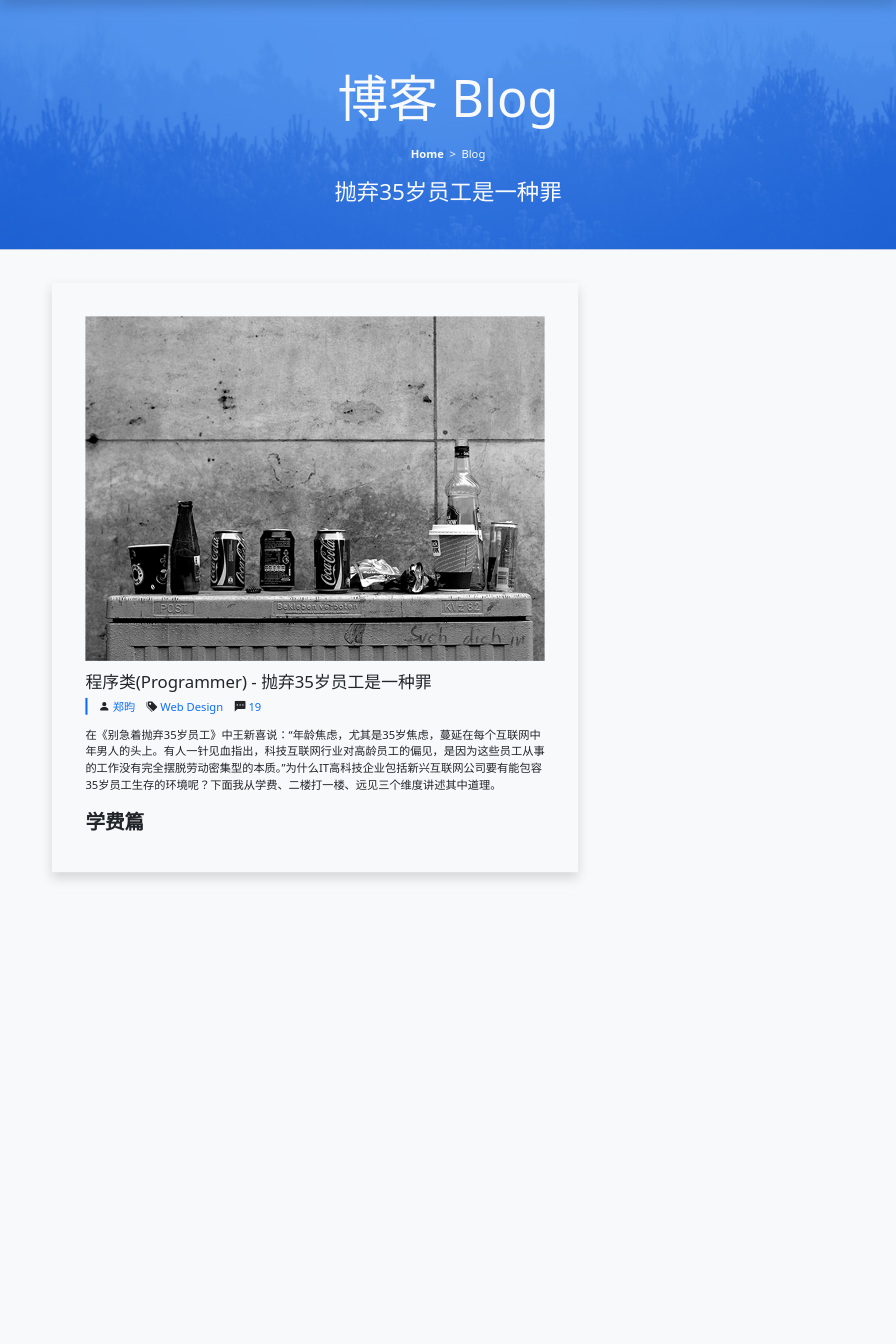
Repository: herjuandlonely/github.io
Page: index-blog.html
An editor plug-in stored every save of this project. The page is shown before and after the next save, followed by the edit.
The browser window is 1280 px wide. The pictures show the part of the page from y = 0 to 1920 px (the page is 3000 px tall), at 70% of full size.
Backgrounds fixed to the window are drawn as part of the page.

Above is the page before, as saved 2022-06-30 19:50:50.

### index-blog.html
<!DOCTYPE html>
<html lang="en">
<head>
    <meta charset="UTF-8">
    <meta http-equiv="X-UA-Compatible" content="IE=edge">
    <meta name="viewport" content="width=device-width, initial-scale=1.0">
    <link rel="stylesheet" href="./bootstrap-4.6.1-dist/css/bootstrap.min.css">
    <link rel="stylesheet" href="./CSS/index-blog.css">
    <link rel="stylesheet" href="./CSS/normalize.css">
    <link rel="stylesheet" href="./icon/font_3484823_t6q6q64gri/iconfont.css">
    <script src="./bootstrap-4.6.1-dist/js/bootstrap.bundle.min.js"></script>
    <title>何亚Herju- Blog -抛弃35岁员工是一种罪</title>
</head>
<body style="height: 3000px;" class=" bg-light">
    <!-- nav start -->
    <div class="container-fluid px-0 shadow navbarControl">
        <nav class="navbar navbar-expand-md navbar-dark navbarBg">
            <div class="container-fluid px-4">
                <a href="index.html" class="navbar-brand ms-4">Herju's Home</a>
                <button class="navbar-toggler" data-bs-toggle="collapse" data-bs-target="#foldBtn">
                    <span class="navbar-toggler-icon"></span>
                </button>
                <div class="collapse navbar-collapse" id="foldBtn">
                    <ul class="navbar-nav ms-auto me-4 navbarCli">
                        <li class="nav-item text-center">
                            <a class="nav-link fw-lighter" href="index.html#bk">博客 Blog</a>
                        </li>
                        <li class="nav-item text-center">
                            <a class="nav-link fw-lighter" href="index.html#jn">技能 Skill</a>
                        </li>
                        <li class="nav-item text-center">
                            <a class="nav-link fw-lighter" href="index.html#ab">关于 About</a>
                        </li>
                        <li class="nav-item text-center">
                            <a class="nav-link fw-lighter" href="index.html#lx">联系我 Call</a>
                        </li>
                    </ul>
                </div>
            </div>
        </nav>
    </div>
    <!-- nav end -->

    <!-- baneer start -->
    <div class="banner position-relative">
        <div class=" position-absolute w-100 h-100 bg-primary" style="opacity: .7;"></div>
        <div class=" position-absolute w-100 h-100 py-5" style="z-index: 3;">
            <h1 class=" text-light text-center display-2 mb-0">博客 Blog</h1>
            <nav class=" text-light mbShit mt-5 mt-md-4" >
                <ol class="breadcrumb d-flex justify-content-center">
                    <li class="breadcrumb-item">
                        <a href="index.html" class="text-light text-decoration-none fw-bold">Home</a>
                    </li>
                    <li class="breadcrumb-item">Blog</li>
                </ol>
            </nav>
            <h1 class="text-center text-light mt-5 mt-md-4">抛弃35岁员工是一种罪</h1>
        </div>
    </div>
    <!-- baneer start -->

    <!-- content start -->
    <div class="container">
        <div class="row py-5">
            <div class="col-lg-8 col-12 px-1">
                <div class="shadow bg-light p-5">
                    <img src="./image/piqsels.com-id-fggmp.png" class="img-fluid">
                    <h4 class=" mt-3">
                        程序类(Programmer) - 抛弃35岁员工是一种罪
                    </h4>
                    <ul class='border-start border-3 border-primary list-unstyled d-flex'>
                        <li class=" ms-3">
                            <a href="#" class=" text-decoration-none d-flex align-items-center">
                                <svg xmlns="http://www.w3.org/2000/svg" width="16" height="16" fill="currentColor" class="bi bi-person-fill text-dark me-1" viewBox="0 0 16 16">
                                    <path d="M3 14s-1 0-1-1 1-4 6-4 6 3 6 4-1 1-1 1H3zm5-6a3 3 0 1 0 0-6 3 3 0 0 0 0 6z"/>
                                  </svg>
                                郑昀
                            </a>
                        </li>
                        <li class=" ms-3">
                            <a href="#" class=" text-decoration-none d-flex align-items-center">
                                <svg xmlns="http://www.w3.org/2000/svg" width="16" height="16" fill="currentColor" class="bi bi-tags-fill text-dark me-1" viewBox="0 0 16 16">
                                    <path d="M2 2a1 1 0 0 1 1-1h4.586a1 1 0 0 1 .707.293l7 7a1 1 0 0 1 0 1.414l-4.586 4.586a1 1 0 0 1-1.414 0l-7-7A1 1 0 0 1 2 6.586V2zm3.5 4a1.5 1.5 0 1 0 0-3 1.5 1.5 0 0 0 0 3z"/>
                                    <path d="M1.293 7.793A1 1 0 0 1 1 7.086V2a1 1 0 0 0-1 1v4.586a1 1 0 0 0 .293.707l7 7a1 1 0 0 0 1.414 0l.043-.043-7.457-7.457z"/>
                                  </svg>
                                Web Design
                            </a>
                        </li>
                        <li class=" ms-3">
                            <a href="#" class=" text-decoration-none d-flex align-items-center">
                                <svg xmlns="http://www.w3.org/2000/svg" width="16" height="16" fill="currentColor" class="bi bi-chat-left-dots-fill text-dark me-1" viewBox="0 0 16 16">
                                    <path d="M0 2a2 2 0 0 1 2-2h12a2 2 0 0 1 2 2v8a2 2 0 0 1-2 2H4.414a1 1 0 0 0-.707.293L.854 15.146A.5.5 0 0 1 0 14.793V2zm5 4a1 1 0 1 0-2 0 1 1 0 0 0 2 0zm4 0a1 1 0 1 0-2 0 1 1 0 0 0 2 0zm3 1a1 1 0 1 0 0-2 1 1 0 0 0 0 2z"/>
                                  </svg>
                                19
                            </a>
                        </li>
                    </ul>
                    <p class="mb-2">在《别急着抛弃35岁员工》中王新喜说：“年龄焦虑，尤其是35岁焦虑，蔓延在每个互联网中年男人的头上。有人一针见血指出，科技互联网行业对高龄员工的偏见，是因为这些员工从事的工作没有完全摆脱劳动密集型的本质。”为什么IT高科技企业包括新兴互联网公司要有能包容35岁员工生存的环境呢？下面我从学费、二楼打一楼、远见三个维度讲述其中道理。</p>
                    <h3 class=" fw-bold mt-4">学费篇</h3>
                </div>
            </div>
            <div class="col-lg-4"></div>
        </div>
    </div>
    <!-- content end -->

    <script src="./JS/index-blog.js"></script>
</body>
</html>

### CSS/index-blog.css
.navbarControl{
    transition: .3s;
    position: fixed;
    top: 0;
    left: 0;
    z-index: 999;
}
.navbarControl.showAndHide{
    top: -56px;
}
.navbarControl a{
    cursor: pointer;
}
.navbarBg{
    background-color: #161d27;
}
.banner{
    background: url(../image/overlay-bg.jpg) no-repeat center -180px;
    height: 356px;
    background-attachment: fixed;
    background-size: cover;
}
.mbShit{
    --bs-breadcrumb-divider: '>';
}
.mbShit ol .breadcrumb-item::before{
    color: #f8f9fa !important;
}

### icon/font_3484823_t6q6q64gri/iconfont.css
@font-face {
  font-family: "iconfont"; /* Project id 3484823 */
  src: url('iconfont.woff2?t=1656149880118') format('woff2'),
       url('iconfont.woff?t=1656149880118') format('woff'),
       url('iconfont.ttf?t=1656149880118') format('truetype');
}

.iconfont {
  font-family: "iconfont" !important;
  font-size: 16px;
  font-style: normal;
  -webkit-font-smoothing: antialiased;
  -moz-osx-font-smoothing: grayscale;
}

.icon-QQ:before {
  content: "\e882";
}

.icon-weixin:before {
  content: "\e8bb";
}

### JS/index-blog.js
(function(){
    const myBlog = {
        $: (ele) => {
            return document.querySelectorAll(ele);
        },
        "isHide": function () {
            let oldScrollTop = 0;
            let isHide = this.$('.navbarControl')[0];
            const navbarCli = this.$('.navbarCli')[0].children;

            function scrollHide () {
                let scrollTop = window.pageYOffset || this.document.documentElement.scrollTop || this.document.body.scrollTop;
                let scrollSet = scrollTop - oldScrollTop;
                oldScrollTop = scrollTop;
                if (scrollSet < 0) {
                    isHide.classList.remove('showAndHide');
                } else {
                    isHide.classList.add('showAndHide');
                    foldBtn.classList.remove('show');
                }
            }

            window.addEventListener("scroll", scrollHide);

            for (let i = 0; i < navbarCli.length; i++) {
                navbarCli[i].onclick = function () {
                    window.removeEventListener("scroll", scrollHide);
                    isHide.classList.add('showAndHide');
                    foldBtn.classList.remove('show');
                    setTimeout(() => {
                        window.addEventListener("scroll", scrollHide);
                    }, 800)
                };
                navbarCli[i].ontouchend = function () {
                    window.removeEventListener("scroll", scrollHide);
                    isHide.classList.add('showAndHide');
                    foldBtn.classList.remove('show');
                    setTimeout(() => {
                        window.addEventListener("scroll", scrollHide);
                    }, 800)
                };
            };

        }
    }

    myBlog.isHide();
})()

Loaded but not shown: bootstrap-4.6.1-dist/css/bootstrap.min.css (library); CSS/normalize.css (library); bootstrap-4.6.1-dist/js/bootstrap.bundle.min.js (library)

After the next save:
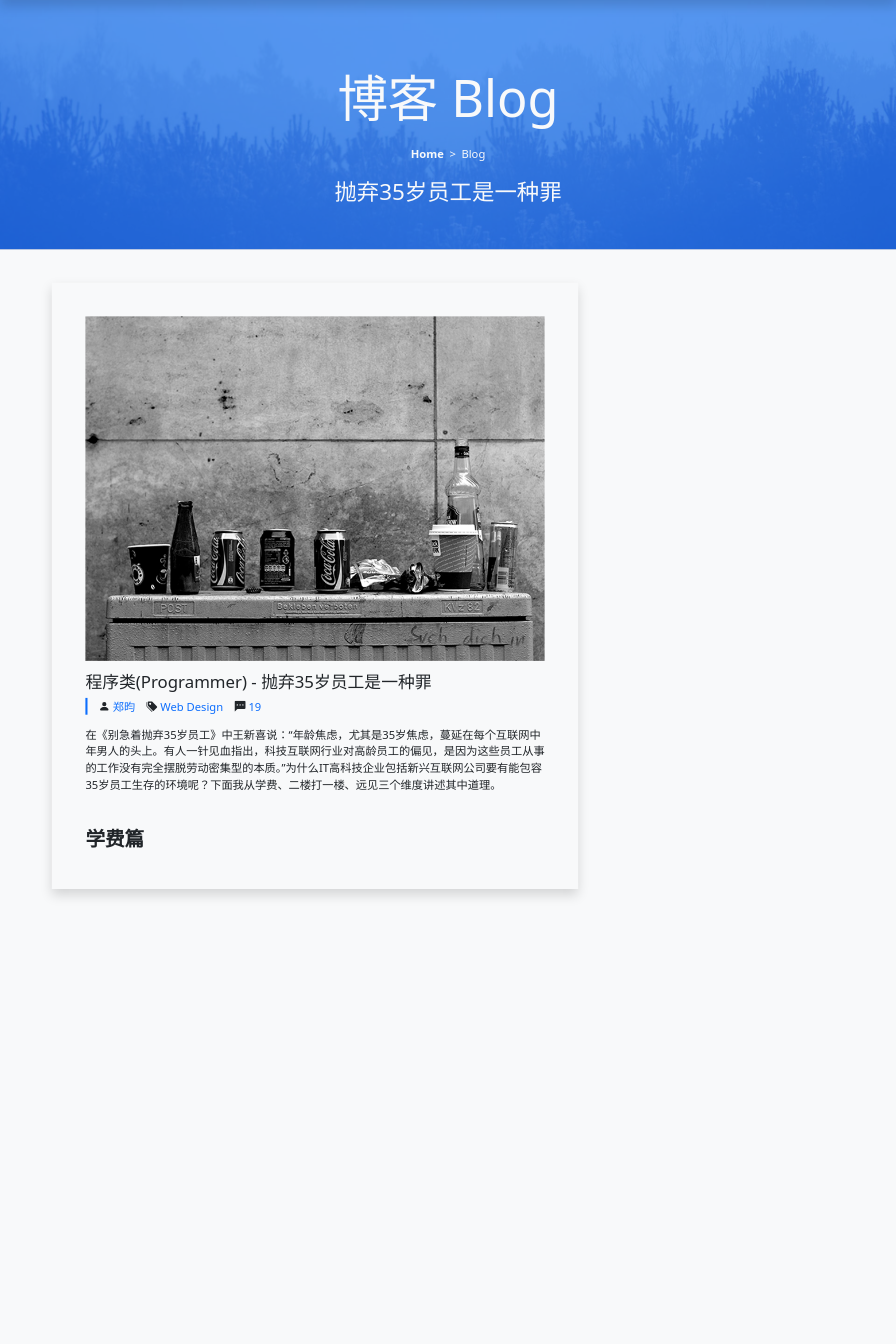
Saved 7 s later.
--- a/index-blog.html
+++ b/index-blog.html
@@ -96,7 +96,7 @@
                         </li>
                     </ul>
                     <p class="mb-2">在《别急着抛弃35岁员工》中王新喜说：“年龄焦虑，尤其是35岁焦虑，蔓延在每个互联网中年男人的头上。有人一针见血指出，科技互联网行业对高龄员工的偏见，是因为这些员工从事的工作没有完全摆脱劳动密集型的本质。”为什么IT高科技企业包括新兴互联网公司要有能包容35岁员工生存的环境呢？下面我从学费、二楼打一楼、远见三个维度讲述其中道理。</p>
-                    <h3 class=" fw-bold mt-4">学费篇</h3>
+                    <h3 class=" fw-bold mt-5">学费篇</h3>
                 </div>
             </div>
             <div class="col-lg-4"></div>
